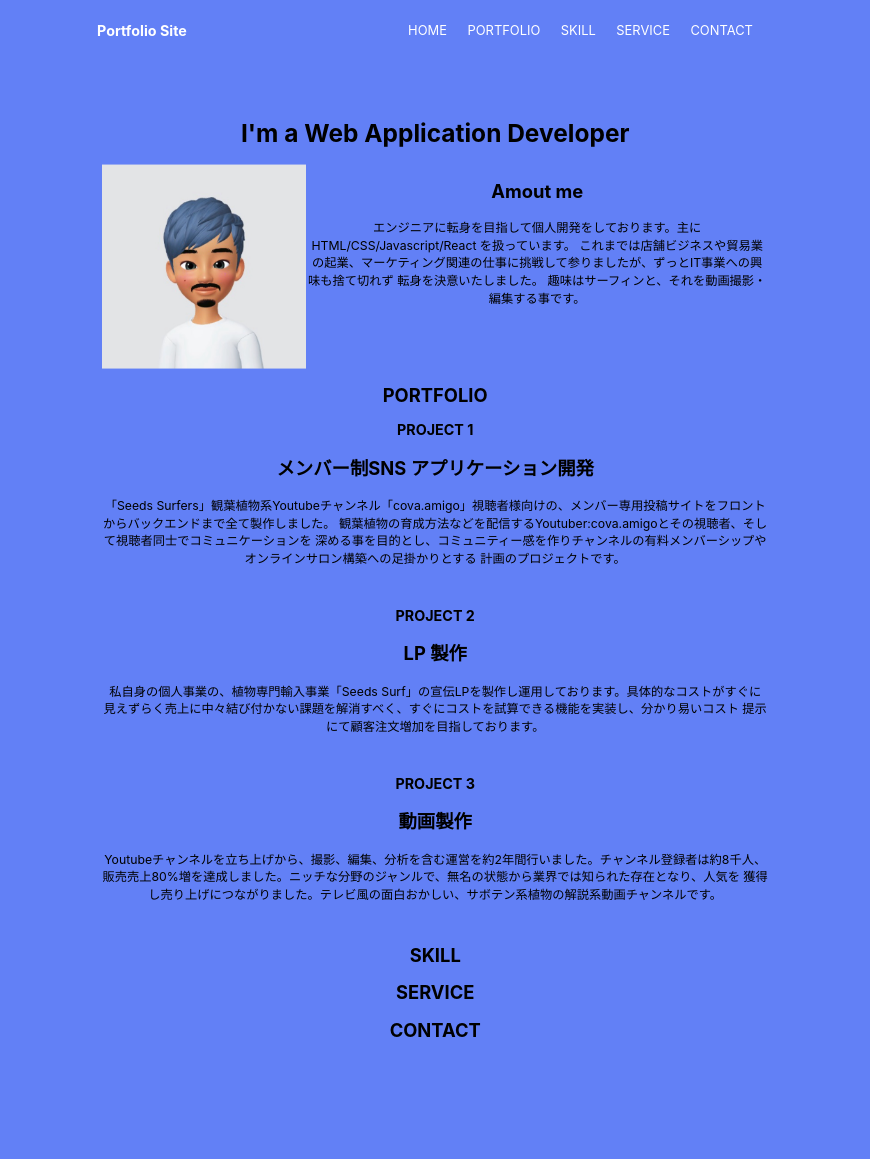
Repository: Seiya00002/my-portfolio-website2
Page: /
These files come from the project's save history. The page is drawn as it stood at one moment and after the next save; the edit follows.
The browser window is 1280 px wide. The pictures show the whole page, at 68% of full size.
The project was rebuilt for these pictures with package versions that can differ from the ones it lists, and the page was loaded fresh each time.

Above is the page before, as saved 2023-09-23 07:05:12.

After the next save:
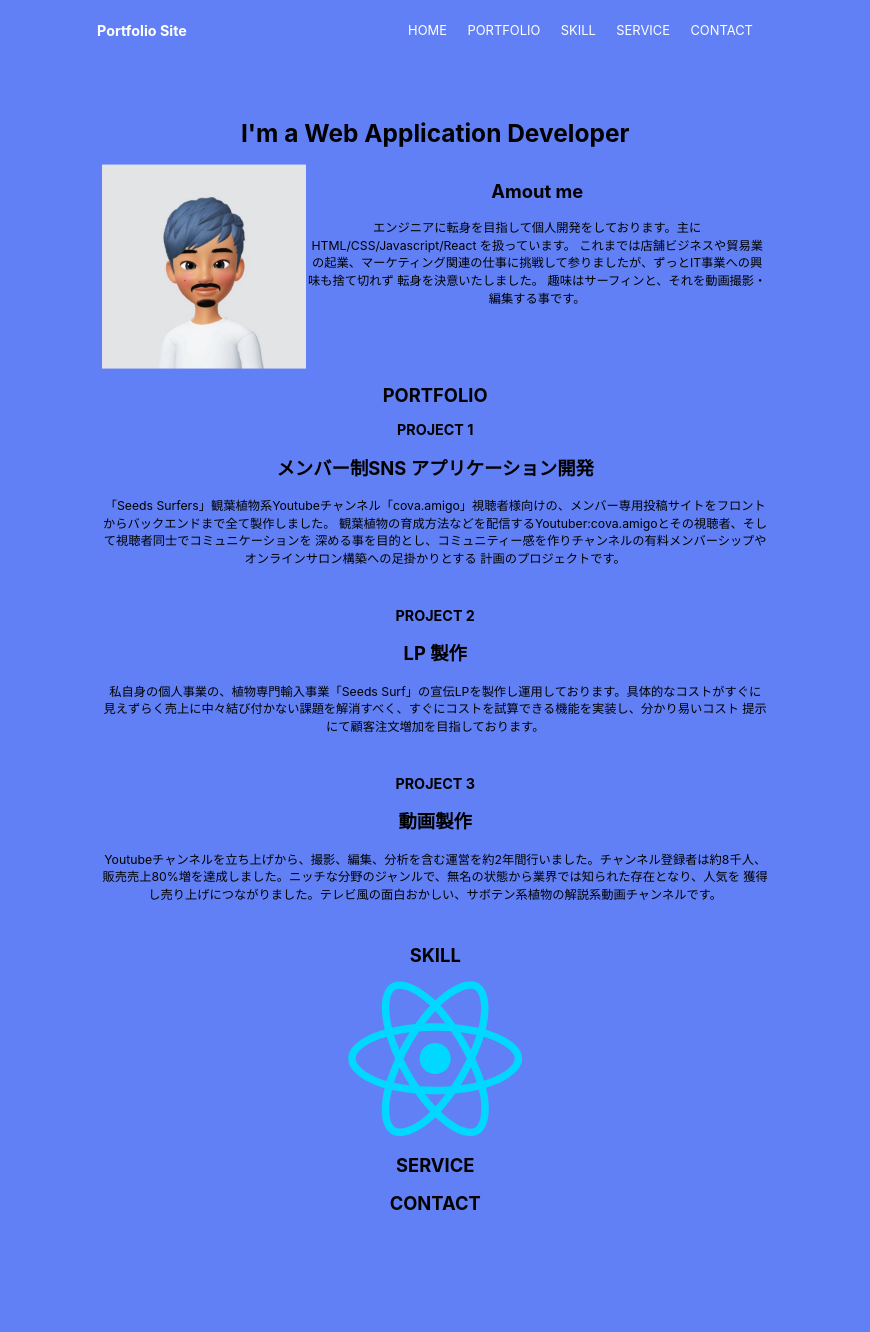
Saved 18 min 18 s later.
--- a/src/Components/Homepage.tsx
+++ b/src/Components/Homepage.tsx
@@ -57,6 +57,9 @@
 
         <div id='skill'>
             <h2>SKILL</h2>
+            <div className='tech-icon'>
+                <img src='/image/react-icon.svg' />
+            </div>
         </div>
 
         <div id='service'>
